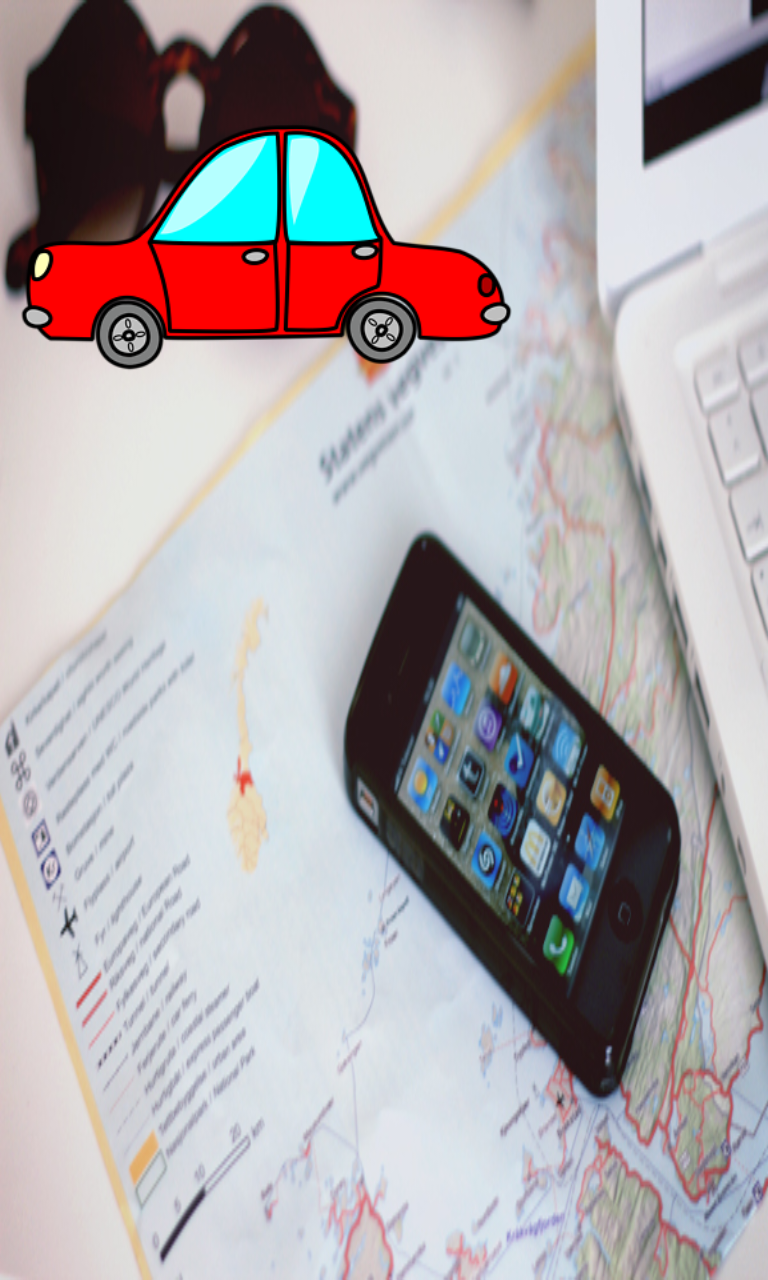
Repository: prernanain27/Android-Travel-Project
Layout: Itravel/res/layout/activity_itravel.xml
The author's editor kept a copy of each file at every save. The layout is drawn from the files as they stood at one save, then again after the next save.
It is drawn on a 768 x 1280 px phone screen (xhdpi) without system bars, with theme AppTheme; the app's code is not run.

Above is the layout before, as saved 2013-09-20 18:31:49.

After the next save:
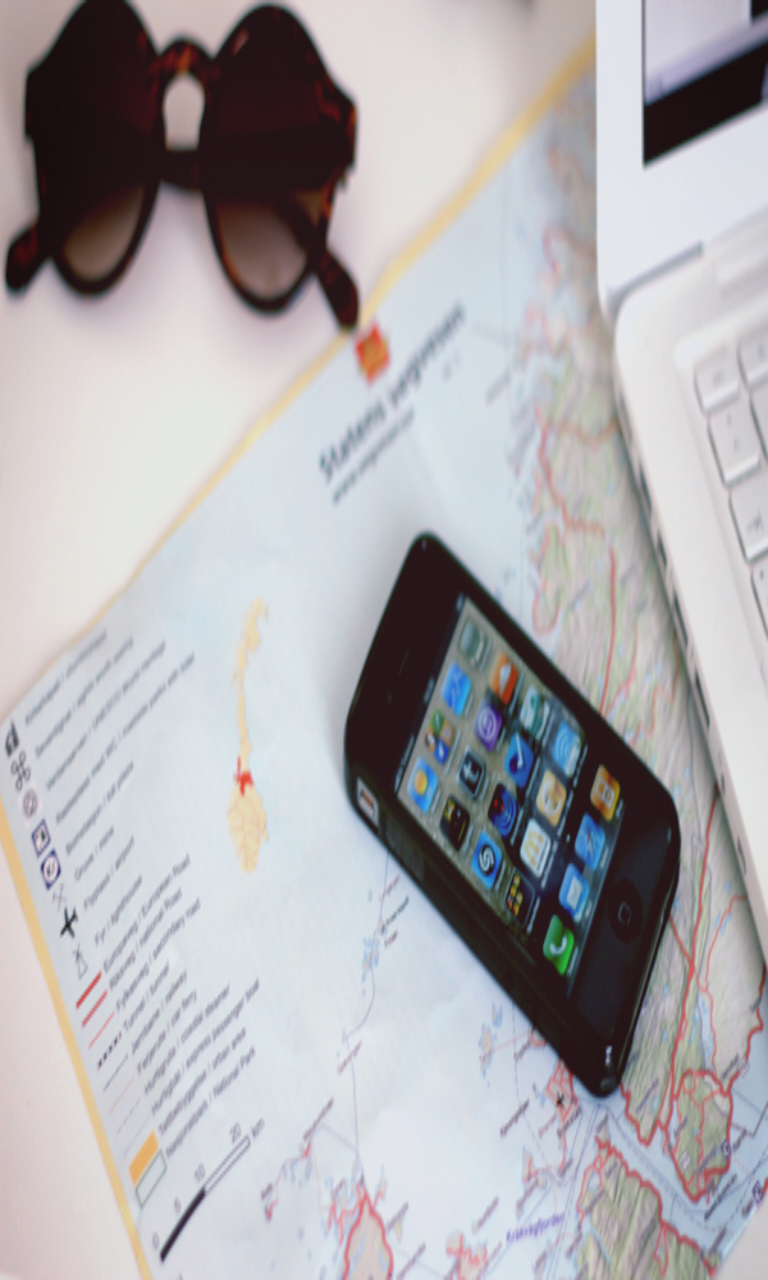
Saved 30 min 38 s later.
--- a/Itravel/res/layout/activity_itravel.xml
+++ b/Itravel/res/layout/activity_itravel.xml
@@ -9,7 +9,7 @@
     android:id="@+id/imageView1"
     android:layout_width="wrap_content"
     android:layout_height="wrap_content"
-    android:src="@drawable/car"
+    android:paddingBottom="@drawable/car"
     />
 
 </LinearLayout>

After the save that followed:
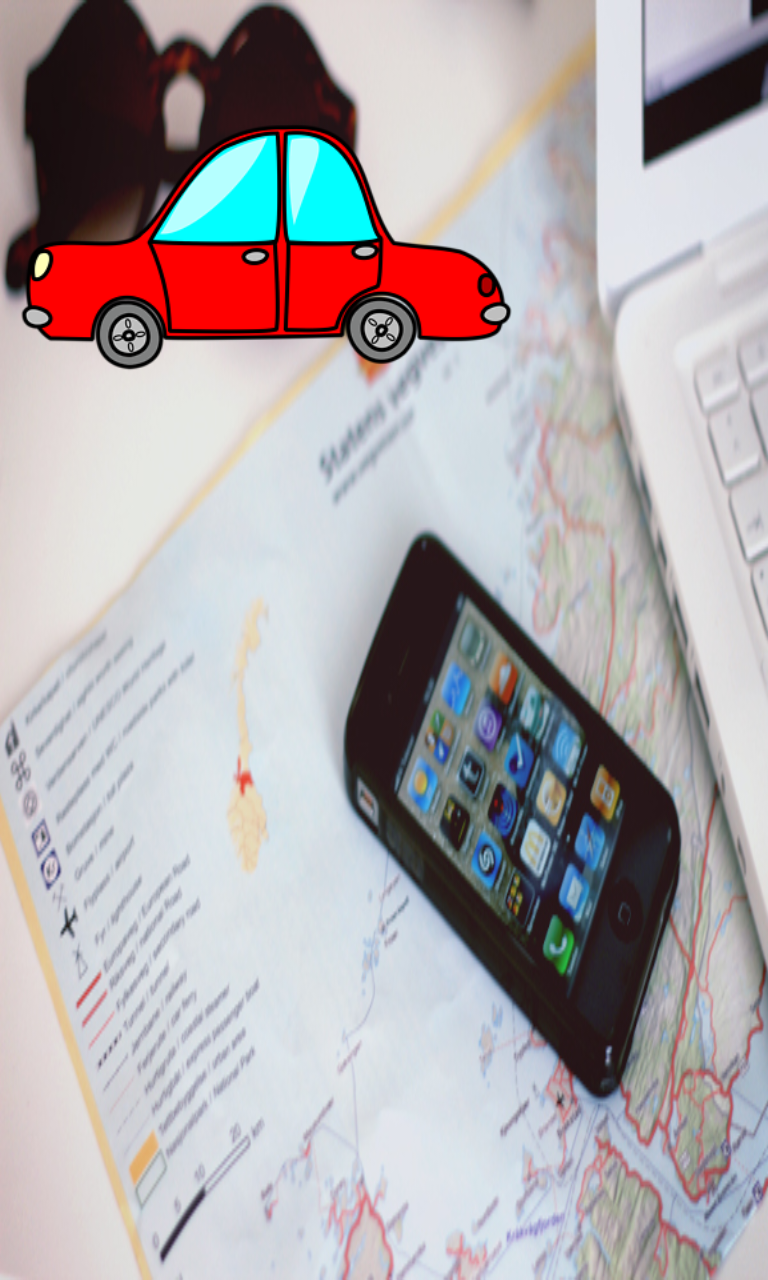
Saved 12 s later.
--- a/Itravel/res/layout/activity_itravel.xml
+++ b/Itravel/res/layout/activity_itravel.xml
@@ -9,7 +9,8 @@
     android:id="@+id/imageView1"
     android:layout_width="wrap_content"
     android:layout_height="wrap_content"
-    android:paddingBottom="@drawable/car"
+    android:src="@drawable/car"
+
     />
 
 </LinearLayout>
